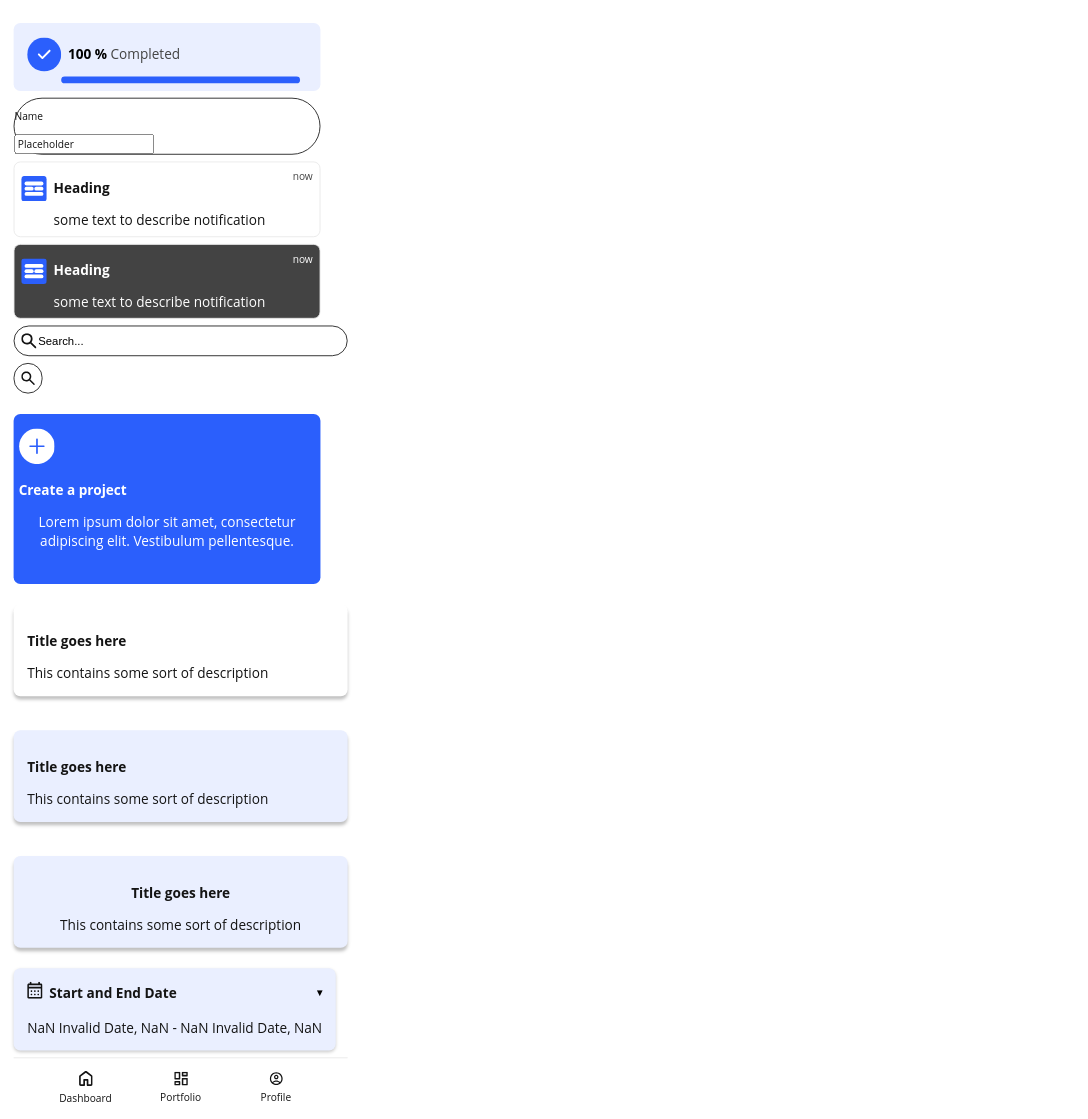
Repository: brunaguarizo/mosaic_app
Page: /
The author's editor kept a copy of each file at every save. The page is drawn from the files as they stood at one save, then again after the next save.
The browser window is 1280 px wide. The pictures show the whole page, at 85% of full size.
The project was rebuilt for these pictures with package versions that can differ from the ones it lists, and the page was loaded fresh each time. The framework's server and built-in components were replaced by stand-ins that run in the browser. Also part of the build but not shown: next.config.mjs, app/_ui/Button/Button.js, app/_ui/Tag/Tag.js, app/_ui/Project_card/Project_card.js, app/_ui/Date_PopUp/Date_PopUp.module.css, app/_ui/Date_PopUp/Date_PopUp.js.

Above is the page before, as saved 2025-04-18 20:21:28.

### app/globals.css
/* ------------------------------------------------------ GENERAL STYLES ------------------------------------------------------ */
*,
*::before,
*::after {
    box-sizing: inherit;
}

html,
body {
    padding: 0;
    margin: 0;
    font-family: var(--font-family);
    box-sizing: border-box;
}

html {
    display: flex;
    justify-content: center;
    align-items: center;
    width: 393px;
    height: 100%;
    margin: var(--space-regular);
}

.container {
}

.two-column {
    display: grid;
    grid-template-columns: 1fr 1fr;
    gap: var(--space-large);
}

/* ------------------------------------------------------ VARIABLES ------------------------------------------------------ */
:root {
    /* ----- COLORS ----- */
    --blue-primary: rgb(43, 95, 252);
    --blue-50: rgb(234, 239, 255);
    --blue-900: rgb(18, 40, 106);
    --white: #ffffff;
    --black: rgb(20, 20, 20);
    --grey-400: rgb(67, 67, 67);
    --yellow-secondary: rgb(255, 218, 1);
    --orange-secondary: rgb(255, 94, 9);
    --green-secondary: rgb(0, 193, 79);
    --purple-secondary: rgb(154, 65, 255);

    /* ----- TYPE ----- */
    --font-family: "Open Sans", sans-serif;

    --header-xxlarge-size: 88px;
    --title-section-font-size: 30px;
    --button-font-size: 24px;
    --body-text-font-size: 20px;
    --menu-font-size: 16px;
    --label-font-size: 12px;

    --font-style-normal: normal;
    --font-weight-bold: bold;

    --line-height-xxlarge: 100px;
    --line-height-large: 36px;
    --line-height-medium: 28px;
    --line-height-small: 20px;

    /* ----- SPACING ----- */
    --space-small: 8px;
    --space-regular: 16px;
    --space-medium: 32px;
    --space-large: 48px;
    --space-extra-large: 140px;
}

### app/_ui/navbar/navbar.module.css

.nav {
    width: 393px;
    height: 72px;
    justify-content: center;
    align-items: center;
    display: flex;
    flex-direction: row;
    padding: 0;
    margin: 0;
    gap: var(--space-large);
    border-top: 1px solid var(--grey-50);
}

.navbar__item {
    display: flex;
    flex-direction: column;
    justify-content: center;
    align-items: center;
    gap: 4px;
    text-decoration: none;
    width: 60px;
    height: 44px;
    padding-left: 32px;
    padding-right: 32px;
    margin: 0;
}

.navbar__icon {
    max-width: 16px;
    padding: 0;
    margin: 0;
    fill: var(--black);
}

.navbar__text {
    color: var(--black);
    font-size: var(--label-font-size);
    font-weight: var(--font-weight-400);
    line-height: var(--line-height-small);
    text-decoration: none;
    padding: 0;
    margin: 0;
}

.navbar__item:hover .navbar__text,
.navbar__item:hover .navbar__icon,
.navbar__item:active .navbar__text,
.navbar__item:active .navbar__icon {
  color: var(--blue-primary);
  fill: var(--blue-primary);
}

/* ------------------------------------------------------ VARIABLES ------------------------------------------------------ */
:root {
    /* ----- COLORS ----- */
    --blue-primary: rgb(43,95,252);
    --blue-50: rgb(234, 239, 255);
    --blue-900: rgb(18, 40, 106);
    --white: #FFFFFF;
    --grey-50: #E8E8E8;
    --black: rgb(20, 20, 20);
    --grey-400: rgb(67, 67, 67);
    --yellow-secondary: rgb(255, 218, 1);
    --orange-secondary: rgb(255, 94, 9);
    --green-secondary: rgb(0, 193, 79);
    --purple-secondary: rgb(154, 65, 255);

    /* ----- TYPE ----- */
    --font-family: "Open Sans", sans-serif;

    --header-xxlarge-size: 88px;
    --title-section-font-size: 30px;
    --button-font-size: 24px;
    --body-text-font-size: 20px;
    --menu-font-size: 16px;
    --label-font-size: 12px;

    --font-style-normal: normal;
    --font-weight-bold: bold;

    --line-height-xxlarge: 100px;
    --line-height-large: 36px;
    --line-height-medium: 28px;
    --line-height-small: 20px;

    /* ----- SPACING ----- */
    --space-small: 8px;
    --space-regular: 16px;
    --space-medium: 32px;
    --space-large: 48px;
    --space-extra-large: 88px;
  }

### app/_ui/Project_card/Project_card.module.css
.card__container {
    display: flex;
    flex-direction: column;
    justify-content: center;
    align-items: center;
    background-color: var(--blue-50);
    border-radius: var(--space-small);
    padding: var(--space-regular);
    gap: var(--space-regular);
}

.card__menu {
    width: 100%;
    display: flex;
    justify-content: flex-end;
    padding: 0;
    margin: 0;
}

.card__icon {
    fill: var(--blue-primary);
    padding: 0;
    margin: 0;

    &:hover {
        fill: var(--blue-900);
    }
}

.card__title {
    font-family: var(--font-family);
    font-size: var(--font-size-regular);
    font-weight: var(--font-weight-bold);
    color: var(--black);
    padding: 0;
    margin: 0;
}

.card__text {
    font-family: var(--font-family);
    font-size: var(--font-size-small);
    font-weight: var(--font-weight-regular);
    color: var(--black);
    text-align: center;
    padding: 0;
    margin: 0;
    max-width: 220px;
}

.date {
    display: flex;
    align-items: center;
    gap: var(--space-small);
    padding: 0;
    margin: 0;
}

.date__icon {
    fill: var(--black);
    padding: 0;
    margin: 0;
}

/* ------------------------------------------------------ VARIABLES ------------------------------------------------------ */
:root {
    /* ----- COLORS ----- */
    --blue-primary: rgb(43, 95, 252);
    --blue-50: rgb(234, 239, 255);
    --blue-100: #bdcdfe;
    --blue-900: rgb(18, 40, 106);
    --white: #ffffff;
    --black: rgb(20, 20, 20);
    --grey-400: rgb(67, 67, 67);
    --yellow-secondary: rgb(255, 218, 1);
    --orange-secondary: rgb(255, 94, 9);
    --green-secondary: rgb(0, 193, 79);
    --purple-secondary: rgb(154, 65, 255);

    /* ----- TYPE ----- */
    --font-family: "Open Sans", sans-serif;

    --font-size-extra-large: 30px;
    --font-size-large: 24px;
    --font-size-medium: 20px;
    --font-size-regular: 16px;
    --font-size-small: 12px;

    --font-style-normal: normal;
    --font-weight-bold: bold;

    --line-height-xxlarge: 100px;
    --line-height-large: 36px;
    --line-height-medium: 28px;
    --line-height-small: 20px;

    /* ----- SPACING ----- */
    --space-small: 8px;
    --space-regular: 16px;
    --space-medium: 32px;
    --space-large: 48px;
    --space-extra-large: 140px;
}

### app/_ui/Button/Button.module.css
.button {
    font-family: var(--font-family);
    font-size: var(--font-size-regular);
    font-weight: var(--font-weight-bold);
    width: 100%;
    padding-top: var(--space-small);
    padding-left: var(--space-regular);
    padding-right: var(--space-regular);
    padding-bottom: var(--space-small);
    border-radius: 100px;
    align-items: center;
    border: none;

    &:hover {
        background-color: var(--blue-900);
        color: var(--white);
    }
}

.primary {
    background: var(--blue-primary);
    color: var(--white);
}

.secondary {
    background-color: var(--white);
    border: 1px solid var(--blue-primary);
    color: var(--blue-primary);
}

.disabled {
    pointer-events: none;
    color: var(--white);
    background-color: var(--blue-100);
}

.small {
    font-size: var(--font-size-small);
    padding: var(--space-small);
    align-items: center;
}

.large {
    font-size: var(--font-size-large);
    padding: var(--space-regular);
}

.error {
    background-color: var(--orange-secondary);
}

/* ------------------------------------------------------ VARIABLES ------------------------------------------------------ */
:root {
    /* ----- COLORS ----- */
    --blue-primary: rgb(43, 95, 252);
    --blue-50: rgb(234, 239, 255);
    --blue-100: #bdcdfe;
    --blue-900: rgb(18, 40, 106);
    --white: #ffffff;
    --black: rgb(20, 20, 20);
    --grey-400: rgb(67, 67, 67);
    --yellow-secondary: rgb(255, 218, 1);
    --orange-secondary: rgb(255, 94, 9);
    --green-secondary: rgb(0, 193, 79);
    --purple-secondary: rgb(154, 65, 255);

    /* ----- TYPE ----- */
    --font-family: "Open Sans", sans-serif;

    --font-size-extra-large: 30px;
    --font-size-large: 24px;
    --font-size-medium: 20px;
    --font-size-regular: 16px;
    --font-size-small: 12px;

    --font-style-normal: normal;
    --font-weight-bold: bold;

    --line-height-xxlarge: 100px;
    --line-height-large: 36px;
    --line-height-medium: 28px;
    --line-height-small: 20px;

    /* ----- SPACING ----- */
    --space-small: 8px;
    --space-regular: 16px;
    --space-medium: 32px;
    --space-large: 48px;
    --space-extra-large: 140px;
}

### app/_ui/Date_Card/Date_Card.module.css
.card {
    background-color: var(--blue-50);
    border-radius: var(--space-small);
    padding: var(--space-regular);
    gap: var(--space-regular);
    box-shadow: 0 2px 4px rgba(0, 0, 0, 0.2);
    font-family: var(--font-family);
    cursor: pointer;
    display: flex;
    flex-direction: column;
    width: fit-content;
}

.header {
    display: flex;
    align-items: center;
    gap: var(--space-small);
    font-size: var(--font-size-regular);
    font-weight: var(--font-weight-bold);
    color: var(--black);
}

.label {
    flex-grow: 1;
}

.arrow {
    font-size: var(--font-size-small);
    color: black;
}

.arrow:hover {
    font-size: var(--font-size-small);
    color: var(--blue-primary);
}

.dateRange {
    margin-top: 2px;
    font-size: var(--font-size-regular);
    color: var(--black);
}

/* ------------------------------------------------------ VARIABLES ------------------------------------------------------ */
:root {
    /* ----- COLORS ----- */
    --blue-primary: rgb(43, 95, 252);
    --blue-50: rgb(234, 239, 255);
    --blue-100: #bdcdfe;
    --blue-900: rgb(18, 40, 106);
    --white: #ffffff;
    --black: rgb(20, 20, 20);
    --grey-400: rgb(67, 67, 67);
    --yellow-secondary: rgb(255, 218, 1);
    --orange-secondary: rgb(255, 94, 9);
    --green-secondary: rgb(0, 193, 79);
    --purple-secondary: rgb(154, 65, 255);

    /* ----- TYPE ----- */
    --font-family: "Open Sans", sans-serif;

    --font-size-extra-large: 30px;
    --font-size-large: 24px;
    --font-size-medium: 20px;
    --font-size-regular: 16px;
    --font-size-small: 12px;

    --font-style-normal: normal;
    --font-weight-bold: bold;

    --line-height-xxlarge: 100px;
    --line-height-large: 36px;
    --line-height-medium: 28px;
    --line-height-small: 20px;

    /* ----- SPACING ----- */
    --space-small: 8px;
    --space-regular: 16px;
    --space-medium: 32px;
    --space-large: 48px;
    --space-extra-large: 140px;
}

### app/_ui/Create_Project_Button/Create_Project_Button.module.css
.button_background {
    background-color: var(--blue-primary);
    border-radius: var(--space-small);
    border: none;
    width: 361px;
    height: 200px;
    display: flex;
    flex-direction: column;
    margin-top: var(--space-regular);
}

.button_icon {
    width: 42px;
    height: 42px;
    align-self: center;
    box-sizing: content-box;
    margin-top: var(--space-regular);
}

.button_heading {
    text-align: center;
    font-family: "Open Sans", sans-serif;
    font-size: var(--menu-font-size);
    font-weight: var(--font-weight-bold);
    color: white;
    padding: 0px;
    border: 0px;
    margin-top: var(--space-regular);
    margin-bottom: 0px;
}

.button_description {
    font-family: "Open Sans", sans-serif;
    font-size: var(--menu-font-size);
    font-style: var(--font-weight-normal);
    color: white;
    border: 0px;
    padding: 0px;
    margin-top: var(--space-regular);
    margin-bottom: 0px;
}
/* ------------------------------------------------------ VARIABLES ------------------------------------------------------ */
:root {
    /* ----- COLORS ----- */
    --blue-primary: rgb(43, 95, 252);
    --blue-50: rgb(234, 239, 255);
    --blue-900: rgb(18, 40, 106);
    --white: #ffffff;
    --grey-50: #e8e8e8;
    --black: rgb(20, 20, 20);
    --grey-400: rgb(67, 67, 67);
    --yellow-secondary: rgb(255, 218, 1);
    --orange-secondary: rgb(255, 94, 9);
    --green-secondary: rgb(0, 193, 79);
    --purple-secondary: rgb(154, 65, 255);

    /* ----- TYPE ----- */
    --font-family: "Open Sans", sans-serif;

    --header-xxlarge-size: 88px;
    --title-section-font-size: 30px;
    --button-font-size: 24px;
    --body-text-font-size: 20px;
    --menu-font-size: 16px;
    --label-font-size: 12px;

    --font-style-normal: normal;
    --font-weight-bold: bold;

    --line-height-xxlarge: 100px;
    --line-height-large: 36px;
    --line-height-medium: 28px;
    --line-height-small: 20px;

    /* ----- SPACING ----- */
    --space-small: 8px;
    --space-regular: 16px;
    --space-medium: 32px;
    --space-large: 48px;
    --space-extra-large: 140px;
}

### app/_ui/Search_Bar/Search_Bar.module.css
.primary {
    border: 1px solid var(--black);
    padding: var(--space-small);
    box-sizing: content-box;
    display: flex;
    flex-direction: row;
    border-radius: var(--border-radius-large);
}

.secondary {
    border: 1px solid var(--black);
    border-radius: var(--border-radius-large);
    width: var(--space-regular);
}

.visible {
    border: none;
}
.invisible {
    display: none;
}

.search_item {
    border: none;
}

.search_item:focus {
    outline: none;
    box-shadow: none;
}

/* ------------------------------------------------------ VARIABLES ------------------------------------------------------ */
:root {
    /* ----- COLORS ----- */
    --blue-primary: rgb(43, 95, 252);
    --blue-50: rgb(234, 239, 255);
    --blue-900: rgb(18, 40, 106);
    --white: #ffffff;
    --grey-50: #e8e8e8;
    --black: rgb(20, 20, 20);
    --grey-400: rgb(67, 67, 67);
    --yellow-secondary: rgb(255, 218, 1);
    --orange-secondary: rgb(255, 94, 9);
    --green-secondary: rgb(0, 193, 79);
    --purple-secondary: rgb(154, 65, 255);

    /* ----- BORDER RADIUS ----- */
    --border-radius-large: 100px;

    /* ----- TYPE ----- */
    --font-family: "Open Sans", sans-serif;

    --header-xxlarge-size: 88px;
    --title-section-font-size: 30px;
    --button-font-size: 24px;
    --body-text-font-size: 20px;
    --menu-font-size: 16px;
    --label-font-size: 12px;

    --font-style-normal: normal;
    --font-weight-bold: bold;

    --line-height-xxlarge: 100px;
    --line-height-large: 36px;
    --line-height-medium: 28px;
    --line-height-small: 20px;

    /* ----- SPACING ----- */
    --space-small: 8px;
    --space-regular: 16px;
    --space-medium: 32px;
    --space-large: 48px;
    --space-extra-large: 140px;
}

### app/_ui/Heading_Bar/Heading_Bar.module.css
.contentInner {
    display: flex;
    flex-direction: column;
    gap: var(--space-regular);
}

.row {
    display: flex;
    align-items: center;
}

.heading {
    flex-grow: 1;
    text-align: center;
    font-weight: var(--font-weight-normal);
    font-size: var(--button-font-size);
}

.icon {
    color: var(--blue-50);
    display: flex;
    align-items: center;
    justify-content: center;
}
.visible {
    display: flex;
}

.hidden {
    display: none;
}

.iconButton {
    background: none;
    border: none;
    color: var(--blue-50);
    display: flex;
    align-items: center;
    justify-content: center;
    padding: var(--space-small);
}

.iconButton:hover {
    background-color: var(--blue-50);
    border-radius: var(--border-radius-large);
}

.pagination {
    flex-grow: 1;
    text-align: right;
    color: var(--black);
    font-size: var(--menu-font-size);
    padding-right: var(--space-small);
}
/* ------------------------------------------------------ VARIABLES ------------------------------------------------------ */
:root {
    /* ----- COLORS ----- */
    --blue-primary: rgb(43, 95, 252);
    --blue-50: rgb(234, 239, 255);
    --blue-900: rgb(18, 40, 106);
    --white: #ffffff;
    --grey-50: #e8e8e8;
    --black: rgb(20, 20, 20);
    --grey-400: rgb(67, 67, 67);
    --yellow-secondary: rgb(255, 218, 1);
    --orange-secondary: rgb(255, 94, 9);
    --green-secondary: rgb(0, 193, 79);
    --purple-secondary: rgb(154, 65, 255);

    /* ----- BORDER RADIUS ----- */
    --border-radius-large: 100px;

    /* ----- TYPE ----- */
    --font-family: "Open Sans", sans-serif;

    --header-xxlarge-size: 88px;
    --title-section-font-size: 30px;
    --button-font-size: 24px;
    --body-text-font-size: 20px;
    --menu-font-size: 16px;
    --label-font-size: 12px;

    --font-style-normal: normal;
    --font-weight-bold: bold;

    --line-height-xxlarge: 100px;
    --line-height-large: 36px;
    --line-height-medium: 28px;
    --line-height-small: 20px;

    /* ----- SPACING ----- */
    --space-small: 8px;
    --space-regular: 16px;
    --space-medium: 32px;
    --space-large: 48px;
    --space-extra-large: 140px;
}

### app/_ui/Progress_Bar/Progress_Bar.module.css
.background {
    background-color: var(--blue-50);
    display: flex;
    flex-direction: row;
    border-radius: var(--space-small);
    align-items: center;
    padding: 16px;
    width: 361px;
    height: 80px;
    margin-top: var(--space-regular);
}
.icon {
    color: var(--blue-primary);
}

.content_row {
    display: flex;
    flex-direction: column;
}

.bar_text {
    display: flex;
    flex-direction: row;
    align-items: center;
}
.bar_completion,
.bar_amount {
    font-family: var(--font-family);
}
.bar_completion {
    color: var(--grey-400);
}
.bar_amount {
    font-size: var(--menu-font-size);
    padding-right: 4px;
}
.bar_text {
    padding-left: var(--space-small);
}

.bar {
    background-color: var(--blue-primary);
    width: 281px;
    height: var(--space-small);
    border-radius: var(--space-small);
}

/* ------------------------------------------------------ VARIABLES ------------------------------------------------------ */
:root {
    /* ----- COLORS ----- */
    --blue-primary: rgb(43, 95, 252);
    --blue-50: rgb(234, 239, 255);
    --blue-900: rgb(18, 40, 106);
    --white: #ffffff;
    --grey-50: #e8e8e8;
    --black: rgb(20, 20, 20);
    --grey-400: rgb(67, 67, 67);
    --yellow-secondary: rgb(255, 218, 1);
    --orange-secondary: rgb(255, 94, 9);
    --green-secondary: rgb(0, 193, 79);
    --purple-secondary: rgb(154, 65, 255);

    /* ----- TYPE ----- */
    --font-family: "Open Sans", sans-serif;

    --header-xxlarge-size: 88px;
    --title-section-font-size: 30px;
    --button-font-size: 24px;
    --body-text-font-size: 20px;
    --menu-font-size: 16px;
    --label-font-size: 12px;

    --font-style-normal: normal;
    --font-weight-bold: bold;

    --line-height-xxlarge: 100px;
    --line-height-large: 36px;
    --line-height-medium: 28px;
    --line-height-small: 20px;

    /* ----- SPACING ----- */
    --space-small: 8px;
    --space-regular: 16px;
    --space-medium: 32px;
    --space-large: 48px;
    --space-extra-large: 140px;
}

### app/_ui/Input_Box/Input_Box.module.css
.primary {
    border: 1px solid var(--black);
    border-radius: 100px;
    width: 361px;
}

.hidden {
    display: none;
}

.secondary {
    border: 1px solid var(--black);
    padding: 8px;
    margin-top: var(--space-regular);
    border-radius: 100px;
    width: 361px;
}

.input_name {
    font-family: var(--font-family);
    font-size: var(--label-font-size);
    color: var(--black);
}

/* ------------------------------------------------------ VARIABLES ------------------------------------------------------ */
:root {
    /* ----- COLORS ----- */
    --blue-primary: rgb(43, 95, 252);
    --blue-50: rgb(234, 239, 255);
    --blue-900: rgb(18, 40, 106);
    --white: #ffffff;
    --grey-50: #e8e8e8;
    --black: rgb(20, 20, 20);
    --grey-400: rgb(67, 67, 67);
    --yellow-secondary: rgb(255, 218, 1);
    --orange-secondary: rgb(255, 94, 9);
    --green-secondary: rgb(0, 193, 79);
    --purple-secondary: rgb(154, 65, 255);

    /* ----- TYPE ----- */
    --font-family: "Open Sans", sans-serif;

    --header-xxlarge-size: 88px;
    --title-section-font-size: 30px;
    --button-font-size: 24px;
    --body-text-font-size: 20px;
    --menu-font-size: 16px;
    --label-font-size: 12px;

    --font-style-normal: normal;
    --font-weight-bold: bold;

    --line-height-xxlarge: 100px;
    --line-height-large: 36px;
    --line-height-medium: 28px;
    --line-height-small: 20px;

    /* ----- SPACING ----- */
    --space-small: 8px;
    --space-regular: 16px;
    --space-medium: 32px;
    --space-large: 48px;
    --space-extra-large: 140px;
}

### app/_ui/Tag/Tag.module.css
.tag {
    font-family: var(--font-family);
    font-size: var(--font-size-small);
    font-weight: var(--font-weight-regular);
    width: 80px;
    padding: var(--space-extra-small);
    border-radius: 100px;
    border: none;
    background-color: var(--orange-secondary);

    display: flex;
    justify-content: center;
    align-items: center;
    text-align: center;
}

/* ------------------------------------------------------ VARIABLES ------------------------------------------------------ */
:root {
    /* ----- COLORS ----- */
    --blue-primary: rgb(43, 95, 252);
    --blue-50: rgb(234, 239, 255);
    --blue-100: #bdcdfe;
    --blue-900: rgb(18, 40, 106);
    --white: #ffffff;
    --black: rgb(20, 20, 20);
    --grey-400: rgb(67, 67, 67);
    --yellow-secondary: rgb(255, 218, 1);
    --orange-secondary: rgb(255, 94, 9);
    --green-secondary: rgb(0, 193, 79);
    --purple-secondary: rgb(154, 65, 255);

    /* ----- TYPE ----- */
    --font-family: "Open Sans", sans-serif;

    --font-size-extra-large: 30px;
    --font-size-large: 24px;
    --font-size-medium: 20px;
    --font-size-regular: 16px;
    --font-size-small: 12px;

    --font-style-normal: normal;
    --font-weight-bold: bold;

    --line-height-xxlarge: 100px;
    --line-height-large: 36px;
    --line-height-medium: 28px;
    --line-height-small: 20px;

    /* ----- SPACING ----- */
    --space-extra-small: 4px;
    --space-small: 8px;
    --space-regular: 16px;
    --space-medium: 32px;
    --space-large: 48px;
    --space-extra-large: 140px;
}

Loaded but not shown: app/layout.js (common file); app/_ui/Heading_Bar/Heading_Bar.js (110 lines, source omitted); app/_ui/navbar/navbar.js (56 lines, source omitted); app/_ui/Date_Card/Date_Card.js (50 lines, source omitted); app/page.js (79 lines, source omitted); app/_ui/Search_Bar/Search_Bar.js (36 lines, source omitted); app/_ui/Create_Project_Button/Create_Project_Button.js (38 lines, source omitted); app/_ui/Progress_Bar/Progress_Bar.js (38 lines, source omitted); app/_ui/Notification_Box/Notification_Box.js (37 lines, source omitted); app/_ui/Input_Box/Input_Box.js (27 lines, source omitted); app/_ui/Description_Box/Description_Box.js (18 lines, source omitted); app/page.module.css (174 lines, source omitted); app/_ui/Description_Box/Description_Box.module.css (94 lines, source omitted); app/_ui/Notification_Box/Notification_Box.module.css (107 lines, source omitted)

After the next save:
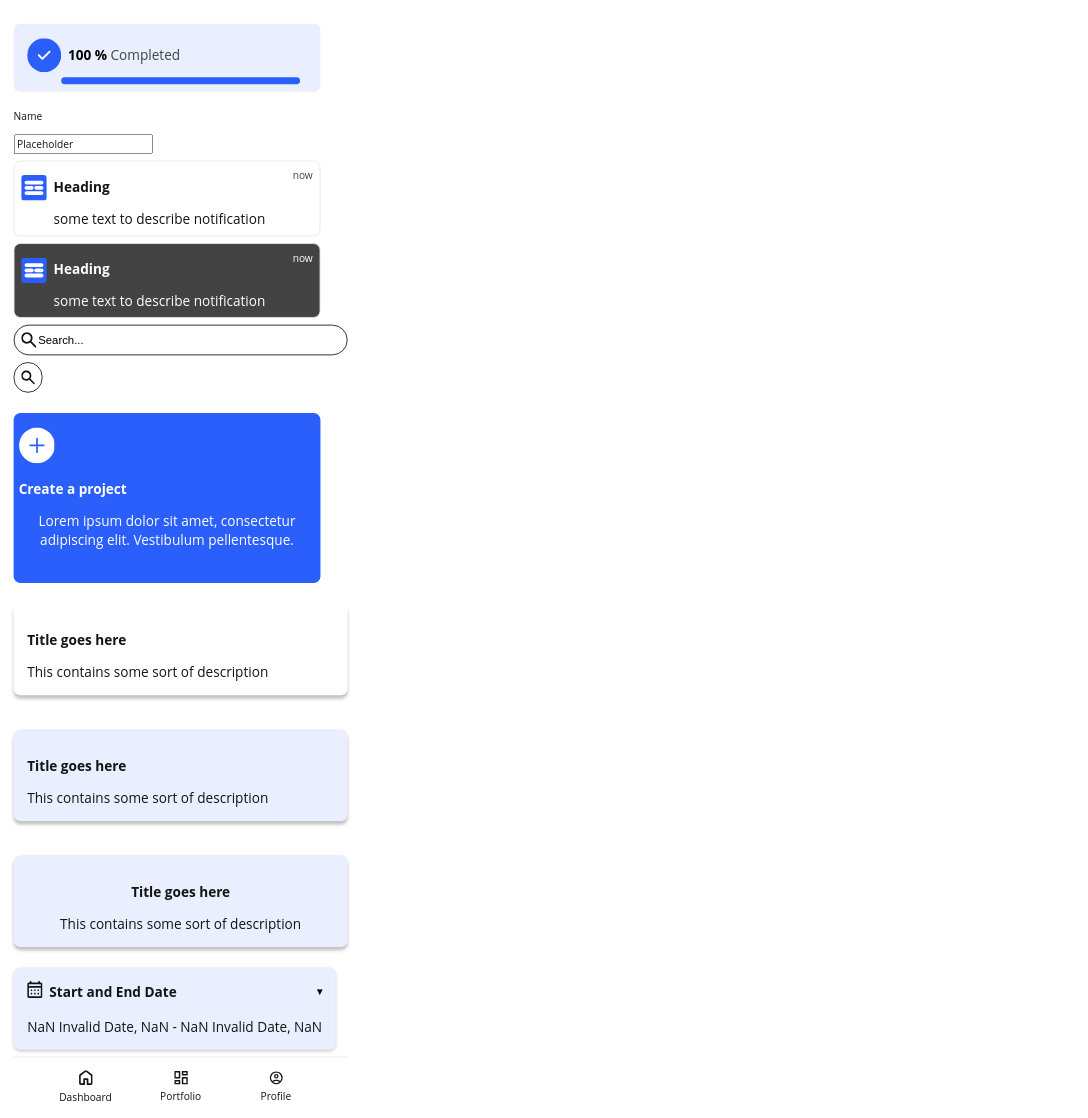
Saved 24 s later.
--- a/app/_ui/Input_Box/Input_Box.module.css
+++ b/app/_ui/Input_Box/Input_Box.module.css
@@ -1,5 +1,4 @@
 .primary {
-    border: 1px solid var(--black);
     border-radius: 100px;
     width: 361px;
 }
